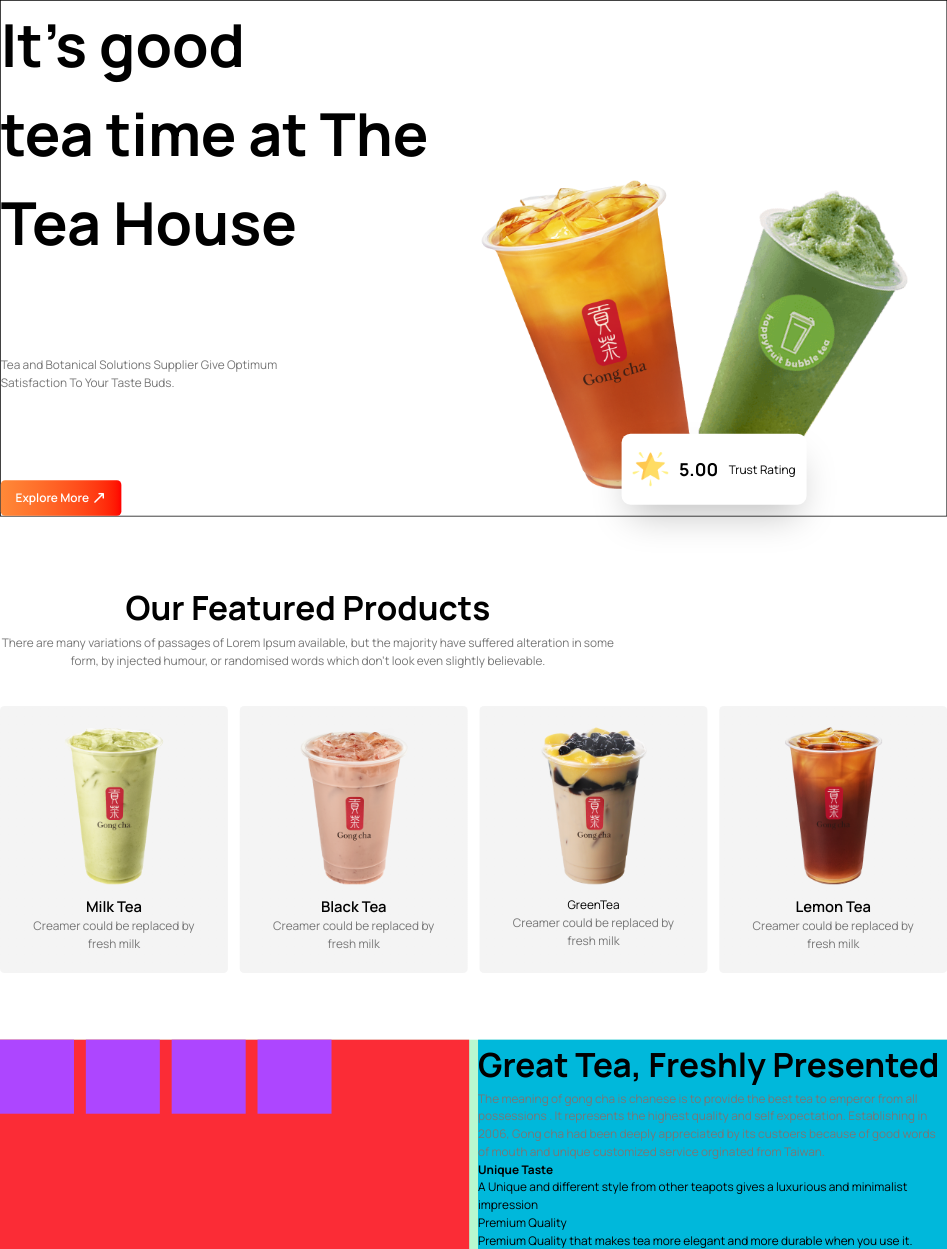
Repository: tanimtanzilislam/Tea-house
Page: index.html
These files come from the project's save history. The page is drawn as it stood at one moment and after the next save; the edit follows.
The browser window is 1280 px wide. The pictures show the whole page, at 74% of full size.
Some web libraries are served in a nearby version.

Above is the page before, as saved 2026-03-25 17:37:51.

### index.html
<!DOCTYPE html>
<html lang="en">
<head>
    <meta charset="UTF-8">
    <meta name="viewport" content="width=device-width, initial-scale=1.0">
    <title>Tea House</title>
    <!-- Tailwind css -->
     <script src="https://cdn.jsdelivr.net/npm/@tailwindcss/browser@4"></script>



     <!-- Google fonts -->
      <link rel="preconnect" href="https://fonts.googleapis.com">
<link rel="preconnect" href="https://fonts.gstatic.com" crossorigin>
<link href="https://fonts.googleapis.com/css2?family=Manrope:wght@200..800&family=Work+Sans:ital,wght@0,100..900;1,100..900&display=swap" rel="stylesheet">




<style>
    *{
        font-family: "Manrope", sans-serif;
    }
</style>
<!-- font awesome cdn -->
<link rel="stylesheet" href="https://cdnjs.cloudflare.com/ajax/libs/font-awesome/7.0.1/css/all.min.css" integrity="sha512-2SwdPD6INVrV/lHTZbO2nodKhrnDdJK9/kg2XD1r9uGqPo1cUbujc+IYdlYdEErWNu69gVcYgdxlmVmzTWnetw==" crossorigin="anonymous" referrerpolicy="no-referrer" />

</head>


<body>

   <section class=" grid  grid-cols-1 md:grid-cols-2 container border mx-auto">
    <div class="banner-left space-y-30">
        <h2 class="text-[80px] font-bold">It's good <br>tea time at The <br> Tea House</h2>
        <p class="text-[#777777]">Tea and Botanical Solutions Supplier Give Optimum <br>Satisfaction To Your Taste Buds.</p>
        <button class="py-3 px-5 rounded-md text-white font-semibold    bg-linear-to-r from-[#FF8938]   to-[#FF0000]">Explore More <span class="-rotate-45 inline-block"> <i class="fa-solid fa-arrow-right-long"></i></span></button>
    </div>
     <div class="banner-right   flex justify-end items-end  relative">
        <img src="./images/banner.png" alt="">

        <!-- Rating div -->
         <div class="bg-white rounded-xl shadow-2xl  flex justify-between items-center gap-2 w-[250px]  absolute bottom-[15px] left-[200px] py-[25px] px-[15px] ">
           <img src="./images/Group 5.png" alt="">
           <h2 class="font-bold text-2xl">5.00</h2>
           <p>Trust Rating</p>
         </div>
     </div>

   </section>

<!-- Featured section -->

<section class="container mx-auto my-[90px]">
    <!-- feature section header -->
    <div class="text-center max-w-[65%] max-auto mb-[50px]">

        <h2 class="font-bold text-[45px]">Our Featured Products</h2>
        <p class="text-[#777777]">There are many variations of passages of Lorem Ipsum available, but the majority have suffered alteration in some form, by injected humour, or randomised words which don't look even slightly believable. </p>
    </div>

    <div class="featured-card-parent grid grid-cols-1 sm:grid-cols-2 md:grid-cols-4 gap-4">
        <div class="featured-card bg-linear-to-b from-[#f4f4f4] to-[#f4f4f4] p-7 text-center rounded-md ">
            <img src="./images/tea-1.png" alt="" class="mx-auto   mb-4">
            <h2 class="font-semibold text-xl">Milk Tea</h2>
            <p class="text-[#777777]">Creamer could be replaced by fresh milk</p>
        </div>



        <div class="featured-card bg-linear-to-b from-[#f4f4f4] to-[#f4f4f4] p-7 text-center rounded-md">
            <img src="./images/tea-2.png" alt="" class="mx-auto  mb-4">
            <h2 class="font-semibold text-xl">Black Tea</h2>
            <p class="text-[#777777]">Creamer could be replaced by fresh milk</p>
        </div>



        <div class="featured-card bg-linear-to-b from-[#f4f4f4] to-[#f4f4f4] p-7 text-center rounded-md">
            <img src="./images/tea-3.png" alt="" class="mx-auto mb-4 >
            <h2 class="font-semibold text-xl">GreenTea</h2>
            <p class="text-[#777777]">Creamer could be replaced by fresh milk</p>
        </div>



        <div class="featured-card bg-linear-to-b from-[#f4f4f4] to-[#f4f4f4] p-7 text-center rounded-md">
            <img src="./images/tea-4.png" alt="" class="mx-auto   mb-4">
            <h2 class="font-semibold text-xl">Lemon Tea</h2>
            <p class="text-[#777777]">Creamer could be replaced by fresh milk</p>
        </div>
    </div>
</section>


<!-- Great Tea sections -->

<section  class="container mx-auto bg-green-200  grid grid-cols-2 gap-3">

    <div  class="great-tea-left bg-red-500  flex gap-4">
        <div class="h-[100px] w-[100px] bg-purple-500"></div>
        <div class="h-[100px] w-[100px] bg-purple-500"></div>
        <div class="h-[100px] w-[100px] bg-purple-500"></div>
        <div class="h-[100px] w-[100px] bg-purple-500"></div>
    </div>
    <div class="great-tea-right bg-cyan-500">

        <h2 class="text-[45px]  font-bold">Great Tea, Freshly Presented</h2>
        <p  class="text-[#777777]">The meaning of gong cha is chanese is to provide the best tea to emperor from all possessions . It represents the highest quality and self expectation. Establishing in 2006, Gong cha had been deeply appreciated by its custoers  because of good words of mouth and unique customized service orginated from Taiwan.</p>

        <h2 class="font-bold text-">Unique Taste</h2>
        <p>A Unique and different style from other teapots gives a luxurious and minimalist impression</p>

       <h2>Premium Quality</h2>
       <p>Premium Quality that makes tea more elegant and more durable when you use it.</p>

    </div>

</section>


</body>
</html>

After the next save:
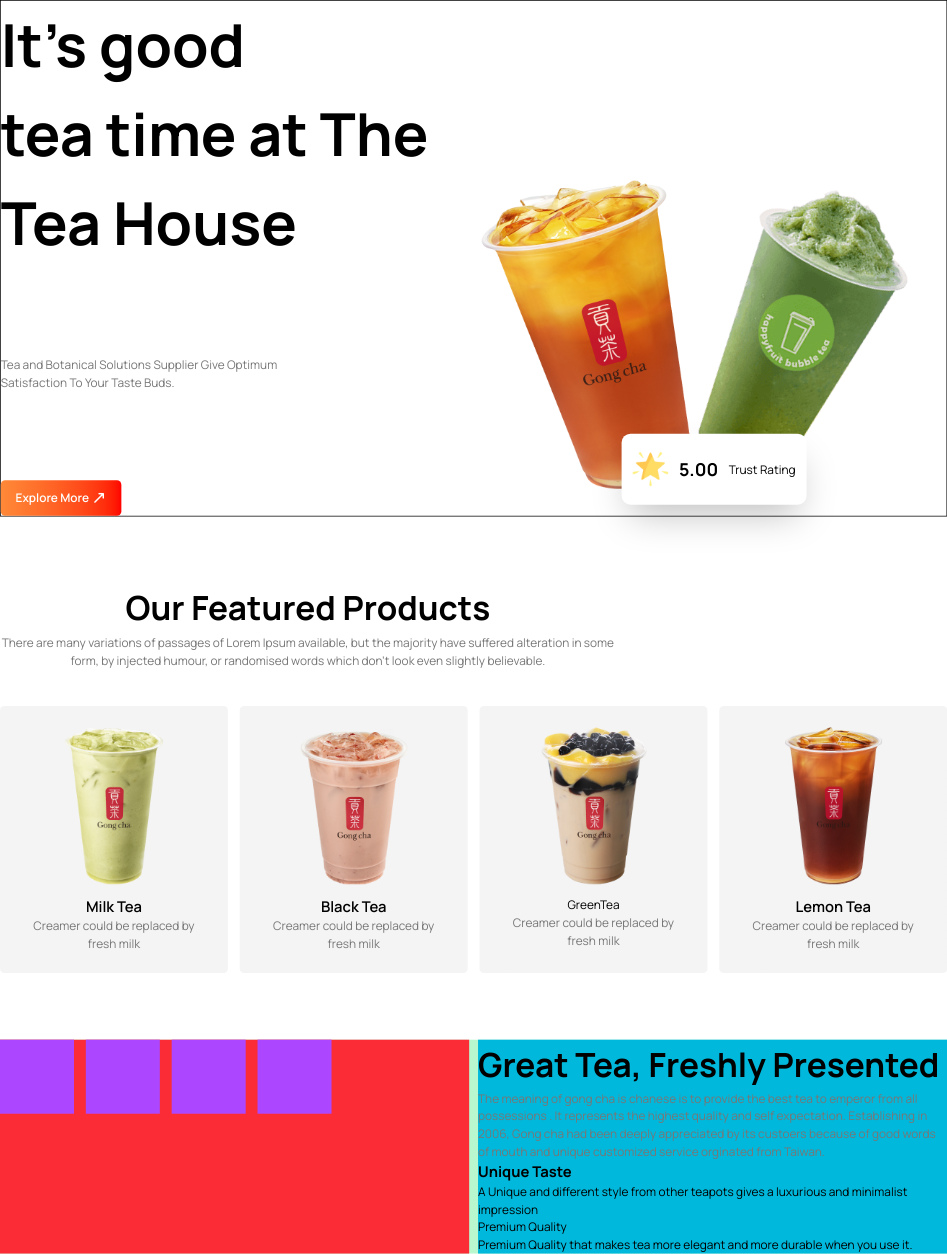
Saved 9 s later.
--- a/index.html
+++ b/index.html
@@ -108,7 +108,7 @@
         <h2 class="text-[45px]  font-bold">Great Tea, Freshly Presented</h2>
         <p  class="text-[#777777]">The meaning of gong cha is chanese is to provide the best tea to emperor from all possessions . It represents the highest quality and self expectation. Establishing in 2006, Gong cha had been deeply appreciated by its custoers  because of good words of mouth and unique customized service orginated from Taiwan.</p>
 
-        <h2 class="font-bold text-">Unique Taste</h2>
+        <h2 class="font-bold text-[20px]">Unique Taste</h2>
         <p>A Unique and different style from other teapots gives a luxurious and minimalist impression</p>
 
        <h2>Premium Quality</h2>
